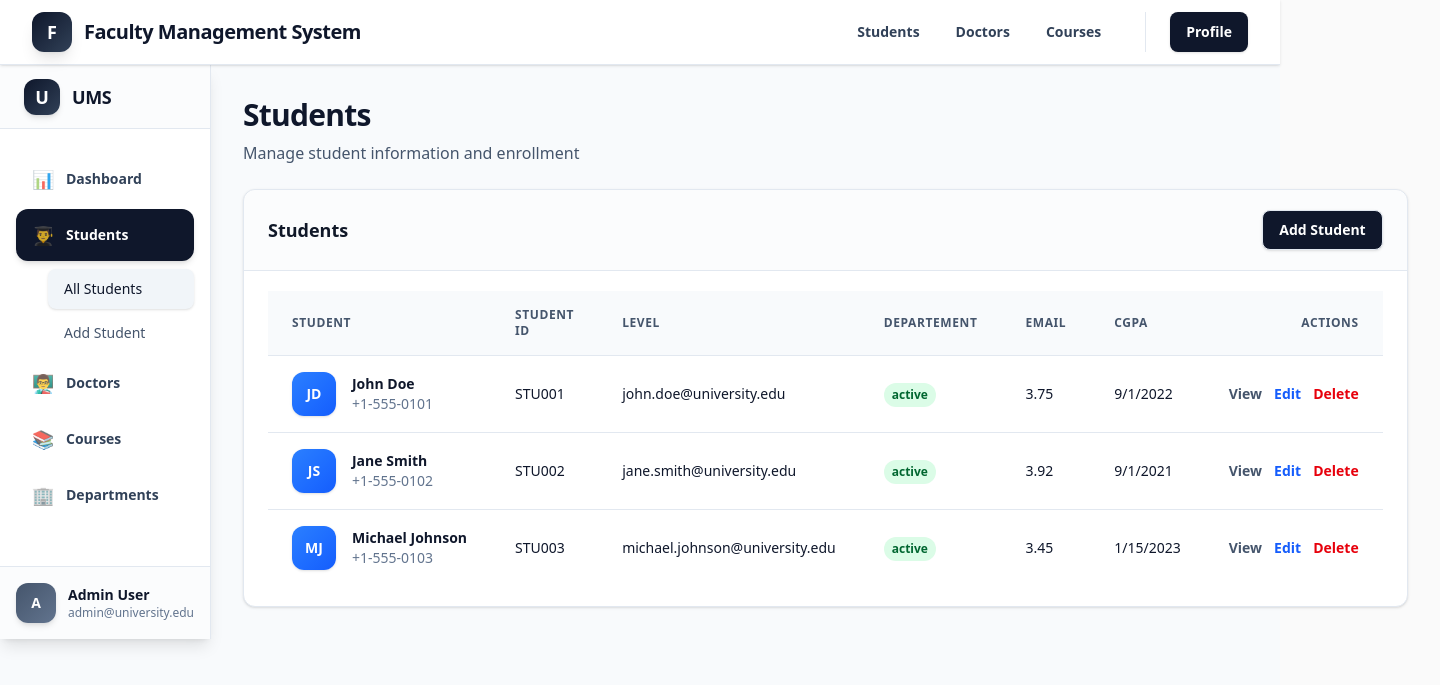
Repository: Mohamedmohsen179/Advanced-DB-Task
Page: /students (app in frontend/)
These files come from the project's save history. The page is drawn as it stood at one moment and after the next save; the edit follows.
The browser window is 1280 px wide. The page is 1440 px wide, then 1433 px, so the pictures cover 1440 px, including what lies to the right of the window. The pictures show the whole page.
The page's requests for data from a server got no answer. The project was rebuilt for these pictures with package versions that can differ from the ones it lists, and the page was loaded fresh each time. The framework's server and built-in components were replaced by stand-ins that run in the browser. No one was signed in, and anything a server would have sent is missing. Also part of the build but not shown: frontend/next.config.ts.

Above is the page before, as saved 2025-11-28 16:55:37.

### frontend/app/layout.tsx
import type { Metadata } from "next";
import { Geist, Geist_Mono } from "next/font/google";
import "./globals.css";
import MainLayout from "../components/layout/MainLayout";

const geistSans = Geist({
  variable: "--font-geist-sans",
  subsets: ["latin"],
});

const geistMono = Geist_Mono({
  variable: "--font-geist-mono",
  subsets: ["latin"],
});

export const metadata: Metadata = {
  title: "University Management System",
  description: "A comprehensive university management system built with Next.js and TypeScript",
};

export default function RootLayout({
  children,
}: Readonly<{
  children: React.ReactNode;
}>) {
  return (
    <html lang="en">
      <body
        className={`${geistSans.variable} ${geistMono.variable} antialiased`}
      >
        <MainLayout>{children}</MainLayout>
      </body>
    </html>
  );
}

### frontend/app/students/page.tsx
import StudentsContainer from '../../containers/StudentsContainer';

export default function StudentsPage() {
  return <StudentsContainer />;
}

### frontend/app/globals.css
@import "tailwindcss";

:root {
  --background: #fafafa;
  --foreground: #0f172a;
  --primary: #2563eb;
  --primary-foreground: #ffffff;
  --secondary: #f1f5f9;
  --secondary-foreground: #334155;
  --muted: #f8fafc;
  --muted-foreground: #64748b;
  --accent: #f1f5f9;
  --accent-foreground: #0f172a;
  --border: #e2e8f0;
  --input: #ffffff;
  --ring: #2563eb;
  --radius: 0.5rem;
}

@theme inline {
  --color-background: var(--background);
  --color-foreground: var(--foreground);
  --font-sans: var(--font-geist-sans);
  --font-mono: var(--font-geist-mono);
}

@media (prefers-color-scheme: dark) {
  :root {
    --background: #020617;
    --foreground: #f8fafc;
    --primary: #3b82f6;
    --primary-foreground: #f8fafc;
    --secondary: #1e293b;
    --secondary-foreground: #f8fafc;
    --muted: #1e293b;
    --muted-foreground: #94a3b8;
    --accent: #1e293b;
    --accent-foreground: #f8fafc;
    --border: #334155;
    --input: #1e293b;
    --ring: #3b82f6;
  }
}

* {
  border-color: var(--border);
}

body {
  background: var(--background);
  color: var(--foreground);
  font-family: var(--font-sans), system-ui, -apple-system, sans-serif;
  line-height: 1.6;
  -webkit-font-smoothing: antialiased;
  -moz-osx-font-smoothing: grayscale;
}

/* Professional scrollbar */
::-webkit-scrollbar {
  width: 8px;
  height: 8px;
}

::-webkit-scrollbar-track {
  background: var(--muted);
}

::-webkit-scrollbar-thumb {
  background: var(--muted-foreground);
  border-radius: 4px;
}

::-webkit-scrollbar-thumb:hover {
  background: var(--foreground);
}

/* Focus styles */
.focus-visible {
  outline: 2px solid var(--ring);
  outline-offset: 2px;
}

/* Professional shadows */
.shadow-professional {
  box-shadow: 0 1px 3px 0 rgb(0 0 0 / 0.1), 0 1px 2px -1px rgb(0 0 0 / 0.1);
}

.shadow-professional-lg {
  box-shadow: 0 10px 15px -3px rgb(0 0 0 / 0.1), 0 4px 6px -4px rgb(0 0 0 / 0.1);
}

### frontend/components/layout/MainLayout.tsx
'use client';

import { useState } from 'react';
import Navbar from './Navbar';
import Sidebar from './Sidebar';

interface MainLayoutProps {
  children: React.ReactNode;
}

export default function MainLayout({ children }: MainLayoutProps) {
  const [sidebarOpen, setSidebarOpen] = useState(false);

  return (
    <div className="min-h-screen bg-slate-50">
      {/* Navbar */}
      <Navbar />

      <div className="flex">
        {/* Sidebar */}
        <Sidebar
          isOpen={sidebarOpen}
          onClose={() => setSidebarOpen(false)}
        />

        {/* Main Content */}
        <div className="flex-1 lg:ml-0">
          {/* Mobile sidebar toggle */}
          <div className="lg:hidden">
            <button
              onClick={() => setSidebarOpen(true)}
              className="fixed top-20 left-4 z-10 bg-white p-3 rounded-xl shadow-professional border border-slate-200 hover:shadow-professional-lg transition-all duration-200"
            >
              <svg className="w-5 h-5 text-slate-600" fill="none" stroke="currentColor" viewBox="0 0 24 24">
                <path strokeLinecap="round" strokeLinejoin="round" strokeWidth={2} d="M4 6h16M4 12h16M4 18h16" />
              </svg>
            </button>
          </div>

          {/* Page Content */}
          <main className="p-6 lg:p-8">
            <div className="max-w-7xl mx-auto">
              {children}
            </div>
          </main>
        </div>
      </div>
    </div>
  );
}

### frontend/containers/StudentsContainer.tsx
'use client';

import { useState, useEffect } from 'react';
import { Student, PaginatedResponse } from '../types';
import { apiService } from '../services/api';
import StudentTable from '../components/students/StudentTable';

export default function StudentsContainer() {
  const [students, setStudents] = useState<Student[]>([]);
  const [loading, setLoading] = useState(true);
  const [error, setError] = useState<string | null>(null);

  useEffect(() => {
    loadStudents();
  }, []);

  const loadStudents = async () => {
    try {
      setLoading(true);
      setError(null);
      const response: PaginatedResponse<Student> = await apiService.getStudents();

      if (response.success) {
        setStudents(response.data);
      } else {
        setError('Failed to load students');
      }
    } catch (err) {
      setError('An error occurred while loading students');
      console.error('Error loading students:', err);
    } finally {
      setLoading(false);
    }
  };

  const handleEdit = (student: Student) => {
    // TODO: Implement edit functionality
    console.log('Edit student:', student);
  };

  const handleDelete = async (studentId: string) => {
    if (!confirm('Are you sure you want to delete this student?')) {
      return;
    }

    try {
      await apiService.deleteStudent(studentId);
      // Reload students after deletion
      await loadStudents();
    } catch (err) {
      setError('Failed to delete student');
      console.error('Error deleting student:', err);
    }
  };

  if (error) {
    return (
      <div className="bg-red-50 border border-red-200 rounded-xl p-6 shadow-sm">
        <div className="flex">
          <div className="flex-shrink-0">
            <svg className="h-5 w-5 text-red-400" viewBox="0 0 20 20" fill="currentColor">
              <path fillRule="evenodd" d="M10 18a8 8 0 100-16 8 8 0 000 16zM8.707 7.293a1 1 0 00-1.414 1.414L8.586 10l-1.293 1.293a1 1 0 101.414 1.414L10 11.414l1.293 1.293a1 1 0 001.414-1.414L11.414 10l1.293-1.293a1 1 0 00-1.414-1.414L10 8.586 8.707 7.293z" clipRule="evenodd" />
            </svg>
          </div>
          <div className="ml-3">
            <h3 className="text-sm font-medium text-red-800">Error</h3>
            <div className="mt-2 text-sm text-red-700">
              <p>{error}</p>
            </div>
            <div className="mt-4">
              <button
                onClick={loadStudents}
                className="bg-red-100 px-4 py-2.5 rounded-lg text-sm font-semibold text-red-800 hover:bg-red-200 transition-all duration-200 shadow-sm hover:shadow-md"
              >
                Try Again
              </button>
            </div>
          </div>
        </div>
      </div>
    );
  }

  return (
    <div className="space-y-6">
      <div className="flex items-center justify-between">
        <div>
          <h1 className="text-3xl font-bold text-slate-900 tracking-tight">Students</h1>
          <p className="mt-2 text-base text-slate-600">
            Manage student information and enrollment
          </p>
        </div>
      </div>

      <StudentTable
        students={students}
        loading={loading}
        onEdit={handleEdit}
        onDelete={handleDelete}
      />
    </div>
  );
}

### frontend/components/students/StudentTable.tsx
'use client';

import Link from 'next/link';
import { Student } from '../../types';
import { Card, CardContent, CardHeader } from '../ui/Card';
import Button from '../ui/Button';

interface StudentTableProps {
  students: Student[];
  loading?: boolean;
  onEdit?: (student: Student) => void;
  onDelete?: (studentId: string) => void;
}

export default function StudentTable({
  students,
  loading = false,
  onEdit,
  onDelete
}: StudentTableProps) {
  if (loading) {
    return (
      <Card>
        <CardContent>
          <div className="flex items-center justify-center py-12">
            <div className="animate-spin rounded-full h-8 w-8 border-b-2 border-blue-600"></div>
            <span className="ml-2 text-gray-900">Loading Students' Info ...</span>
          </div>
        </CardContent>
      </Card>
    );
  }

  if (students.length === 0) {
    return (
      <Card>
        <CardContent>
          <div className="text-center py-12">
            <div className="text-gray-400 text-6xl mb-4">👨‍🎓</div>
            <h3 className="text-lg font-medium text-gray-900 mb-2">No Students found</h3>
            <p className="text-gray-500 mb-6">Get started by Adding your First Student.</p>
            <Link href="/students/new">
              <Button>Add Student</Button>
            </Link>
          </div>
        </CardContent>
      </Card>
    );
  }

  return (
    <Card>
      <CardHeader>
        <div className="flex items-center justify-between">
          <h2 className="text-lg font-semibold text-gray-900">Students</h2>
          <Link href="/students/new">
            <Button>Add Student</Button>
          </Link>
        </div>
      </CardHeader>
      <CardContent className="p-0">
        <div className="overflow-x-auto">
          <table className="min-w-full divide-y divide-slate-200">
            <thead className="bg-slate-50">
              <tr>
                <th className="px-6 py-4 text-left text-xs font-semibold text-slate-600 uppercase tracking-wider">
                  Student
                </th>
                <th className="px-6 py-4 text-left text-xs font-semibold text-slate-600 uppercase tracking-wider">
                  Student ID
                </th>
                <th className="px-6 py-4 text-left text-xs font-semibold text-slate-600 uppercase tracking-wider">
                  Level
                </th>
                <th className="px-6 py-4 text-left text-xs font-semibold text-slate-600 uppercase tracking-wider">
                  Departement
                </th>

                <th className="px-6 py-4 text-left text-xs font-semibold text-slate-600 uppercase tracking-wider">
                  Email
                </th>
                <th className="px-6 py-4 text-left text-xs font-semibold text-slate-600 uppercase tracking-wider">
                  CGPA
                </th>
                <th className="px-6 py-4 text-right text-xs font-semibold text-slate-600 uppercase tracking-wider">
                  Actions
                </th>
              </tr>
            </thead>
            <tbody className="bg-white divide-y divide-slate-200">
              {students.map((student) => (
                <tr key={student.id} className="hover:bg-slate-50 transition-colors duration-150">
                  <td className="px-6 py-4 whitespace-nowrap">
                    <div className="flex items-center">
                      <div className="flex-shrink-0 h-11 w-11">
                        <div className="h-11 w-11 rounded-xl bg-gradient-to-br from-blue-500 to-blue-600 flex items-center justify-center shadow-sm">
                          <span className="text-white font-semibold text-sm">
                            {student.firstName.charAt(0)}{student.lastName.charAt(0)}
                          </span>
                        </div>
                      </div>
                      <div className="ml-4">
                        <div className="text-sm font-semibold text-slate-900">
                          {student.firstName} {student.lastName}
                        </div>
                        <div className="text-sm text-slate-500">
                          {student.phoneNumber || 'No phone'}
                        </div>
                      </div>
                    </div>
                  </td>
                  <td className="px-6 py-4 whitespace-nowrap text-sm font-medium text-slate-900">
                    {student.studentId}
                  </td>
                  <td className="px-6 py-4 whitespace-nowrap text-sm text-slate-900">
                    {student.email}
                  </td>
                  <td className="px-6 py-4 whitespace-nowrap">
                    <span className={`inline-flex px-2 py-1 text-xs font-semibold rounded-full ${student.status === 'active'
                      ? 'bg-green-100 text-green-800'
                      : student.status === 'inactive'
                        ? 'bg-gray-100 text-gray-800'
                        : student.status === 'graduated'
                          ? 'bg-blue-100 text-blue-800'
                          : 'bg-red-100 text-red-800'
                      }`}>
                      {student.status}
                    </span>
                  </td>
                  <td className="px-6 py-4 whitespace-nowrap text-sm font-medium text-slate-900">
                    {student.gpa ? student.gpa.toFixed(2) : 'N/A'}
                  </td>
                  <td className="px-6 py-4 whitespace-nowrap text-sm text-slate-900">
                    {new Date(student.enrollmentDate).toLocaleDateString()}
                  </td>
                  <td className="px-6 py-4 whitespace-nowrap text-right text-sm font-medium">
                    <div className="flex items-center justify-end space-x-3">
                      <Link
                        href={`/students/${student.id}`}
                        className="text-slate-600 hover:text-slate-900 font-semibold transition-colors duration-200"
                      >
                        View
                      </Link>
                      {onEdit && (
                        <button
                          onClick={() => onEdit(student)}
                          className="text-blue-600 hover:text-blue-800 font-semibold transition-colors duration-200"
                        >
                          Edit
                        </button>
                      )}
                      {onDelete && (
                        <button
                          onClick={() => onDelete(student.id)}
                          className="text-red-600 hover:text-red-800 font-semibold transition-colors duration-200"
                        >
                          Delete
                        </button>
                      )}
                    </div>
                  </td>
                </tr>
              ))}
            </tbody>
          </table>
        </div>
      </CardContent>
    </Card>
  );
}

### frontend/components/ui/Card.tsx
import { HTMLAttributes, forwardRef } from 'react';

interface CardProps extends HTMLAttributes<HTMLDivElement> {
  children: React.ReactNode;
}

const Card = forwardRef<HTMLDivElement, CardProps>(
  ({ className = '', children, ...props }, ref) => {
    return (
      <div
        ref={ref}
        className={`bg-white rounded-xl border border-slate-200 shadow-professional hover:shadow-professional-lg transition-shadow duration-200 ${className}`}
        {...props}
      >
        {children}
      </div>
    );
  }
);

Card.displayName = 'Card';

interface CardHeaderProps extends HTMLAttributes<HTMLDivElement> {
  children: React.ReactNode;
}

const CardHeader = forwardRef<HTMLDivElement, CardHeaderProps>(
  ({ className = '', children, ...props }, ref) => {
    return (
      <div
        ref={ref}
        className={`px-6 py-5 border-b border-slate-200 bg-slate-50/50 rounded-t-xl ${className}`}
        {...props}
      >
        {children}
      </div>
    );
  }
);

CardHeader.displayName = 'CardHeader';

interface CardContentProps extends HTMLAttributes<HTMLDivElement> {
  children: React.ReactNode;
}

const CardContent = forwardRef<HTMLDivElement, CardContentProps>(
  ({ className = '', children, ...props }, ref) => {
    return (
      <div
        ref={ref}
        className={`px-6 py-5 ${className}`}
        {...props}
      >
        {children}
      </div>
    );
  }
);

CardContent.displayName = 'CardContent';

interface CardFooterProps extends HTMLAttributes<HTMLDivElement> {
  children: React.ReactNode;
}

const CardFooter = forwardRef<HTMLDivElement, CardFooterProps>(
  ({ className = '', children, ...props }, ref) => {
    return (
      <div
        ref={ref}
        className={`px-6 py-5 border-t border-slate-200 bg-slate-50 rounded-b-xl ${className}`}
        {...props}
      >
        {children}
      </div>
    );
  }
);

CardFooter.displayName = 'CardFooter';

export { Card, CardHeader, CardContent, CardFooter };

### frontend/components/ui/Button.tsx
import { ButtonHTMLAttributes, forwardRef } from 'react';

interface ButtonProps extends ButtonHTMLAttributes<HTMLButtonElement> {
  variant?: 'primary' | 'secondary' | 'danger' | 'outline';
  size?: 'sm' | 'md' | 'lg';
  loading?: boolean;
}

const Button = forwardRef<HTMLButtonElement, ButtonProps>(
  ({ className = '', variant = 'primary', size = 'md', loading = false, children, disabled, ...props }, ref) => {
    const baseClasses = 'inline-flex items-center justify-center font-semibold rounded-lg transition-all duration-200 focus:outline-none focus:ring-2 focus:ring-offset-2 disabled:opacity-50 disabled:cursor-not-allowed shadow-sm hover:shadow-md active:scale-[0.98]';

    const variantClasses = {
      primary: 'bg-slate-900 text-white hover:bg-slate-800 focus:ring-slate-500 border border-slate-900',
      secondary: 'bg-slate-100 text-slate-900 hover:bg-slate-200 focus:ring-slate-500 border border-slate-200',
      danger: 'bg-red-600 text-white hover:bg-red-700 focus:ring-red-500 border border-red-600',
      outline: 'border-2 border-slate-300 text-slate-700 bg-white hover:bg-slate-50 hover:border-slate-400 focus:ring-slate-500',
    };

    const sizeClasses = {
      sm: 'px-3 py-2 text-sm h-9',
      md: 'px-4 py-2.5 text-sm h-10',
      lg: 'px-6 py-3 text-base h-12',
    };

    return (
      <button
        ref={ref}
        className={`${baseClasses} ${variantClasses[variant]} ${sizeClasses[size]} ${className}`}
        disabled={disabled || loading}
        {...props}
      >
        {loading && (
          <svg className="animate-spin -ml-1 mr-2 h-4 w-4" fill="none" viewBox="0 0 24 24">
            <circle className="opacity-25" cx="12" cy="12" r="10" stroke="currentColor" strokeWidth="4" />
            <path className="opacity-75" fill="currentColor" d="M4 12a8 8 0 018-8V0C5.373 0 0 5.373 0 12h4zm2 5.291A7.962 7.962 0 014 12H0c0 3.042 1.135 5.824 3 7.938l3-2.647z" />
          </svg>
        )}
        {children}
      </button>
    );
  }
);

Button.displayName = 'Button';

export default Button;

Loaded but not shown: frontend/services/api.ts (539 lines, source omitted); frontend/components/layout/Sidebar.tsx (158 lines, source omitted); frontend/components/layout/Navbar.tsx (102 lines, source omitted)

After the next save:
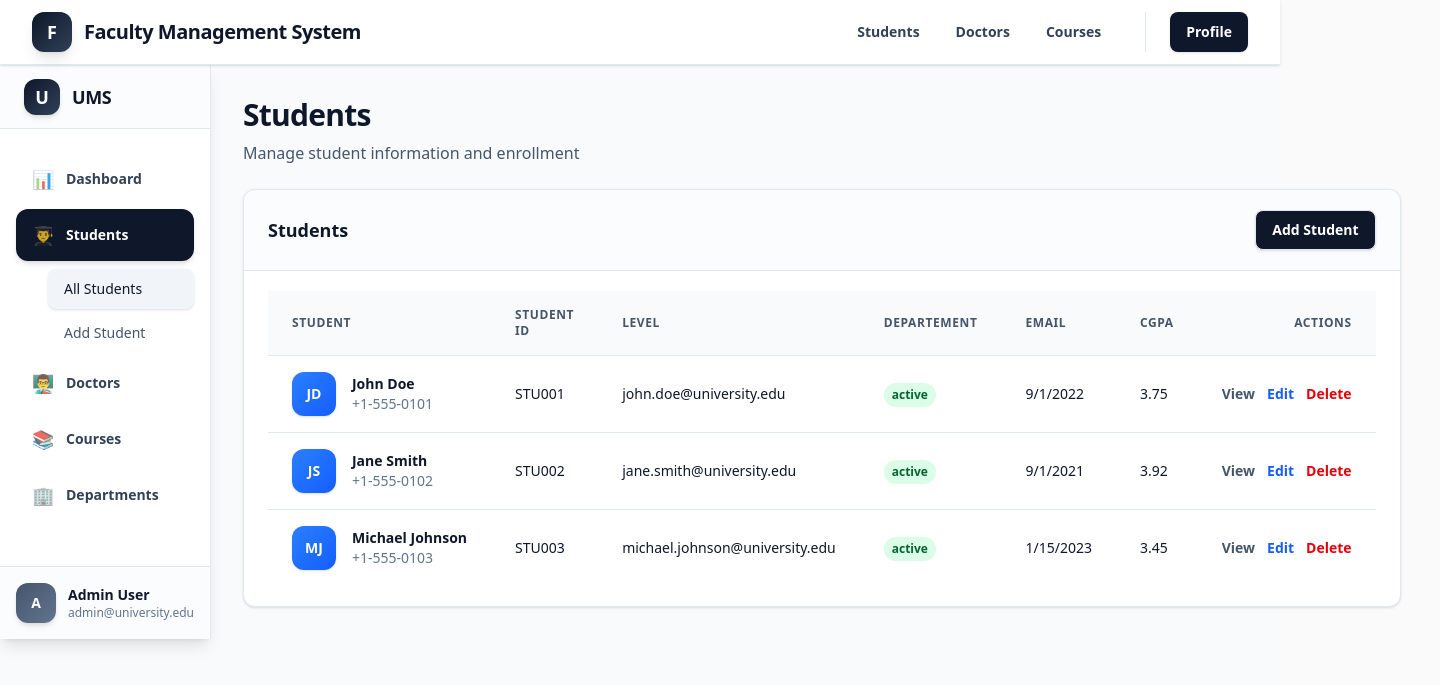
Saved 29 s later.
--- a/frontend/components/students/StudentTable.tsx
+++ b/frontend/components/students/StudentTable.tsx
@@ -127,11 +127,11 @@ export default function StudentTable({
                       {student.status}
                     </span>
                   </td>
+                  <td className="px-6 py-4 whitespace-nowrap text-sm text-slate-900">
+                    {new Date(student.enrollmentDate).toLocaleDateString()}
+                  </td>
                   <td className="px-6 py-4 whitespace-nowrap text-sm font-medium text-slate-900">
                     {student.gpa ? student.gpa.toFixed(2) : 'N/A'}
-                  </td>
-                  <td className="px-6 py-4 whitespace-nowrap text-sm text-slate-900">
-                    {new Date(student.enrollmentDate).toLocaleDateString()}
                   </td>
                   <td className="px-6 py-4 whitespace-nowrap text-right text-sm font-medium">
                     <div className="flex items-center justify-end space-x-3">
